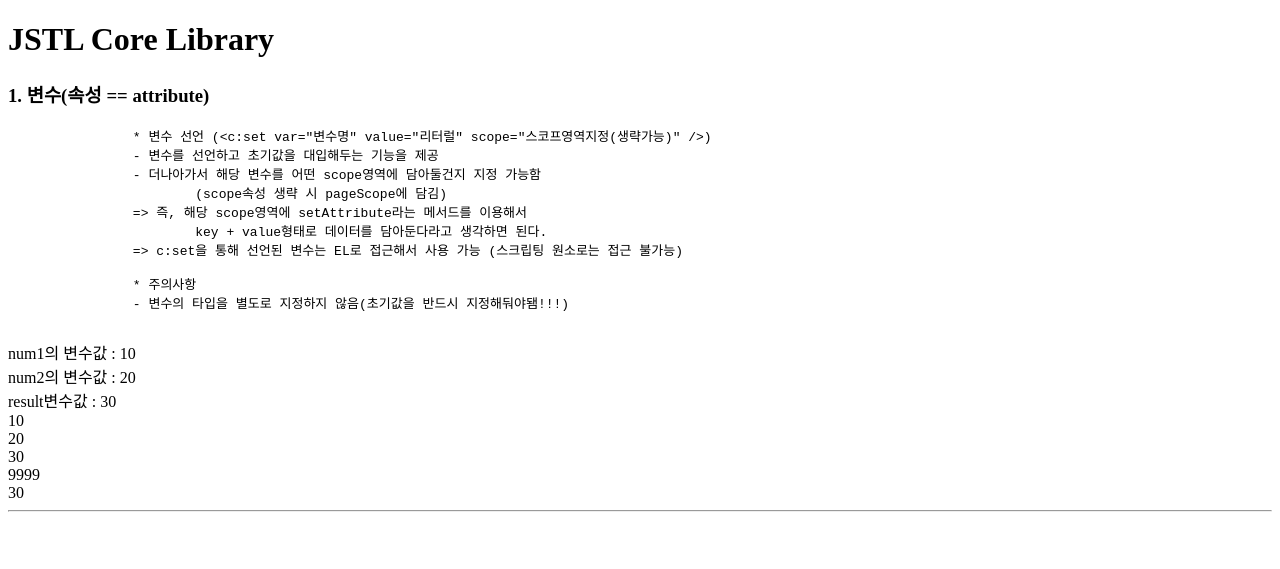
Repository: DonghwanSon1/ajax-jsp-study
Page: http://localhost/ActionProject/views/3_CustomAction/01_core.jsp
An editor plug-in stored every save of this project. The page is shown before and after the next save, followed by the edit.
The browser window is 1280 px wide. The pictures show the whole page.
The page is served by Tomcat 9. Other server files are loaded and not shown.

Above is the page before, as saved 2022-07-12 06:36:24.

### ActionProject/WebContent/views/3_CustomAction/01_core.jsp
<%@ page language="java" contentType="text/html; charset=UTF-8"
    pageEncoding="UTF-8"%>
<%@ taglib prefix="c" uri="http://java.sun.com/jsp/jstl/core" %>
<!DOCTYPE html>
<html>
<head>
<meta charset="UTF-8">
<title>정말 중요한 core 페이지</title>
</head>
<body>


	<h1>JSTL Core Library</h1>

	<h3>1. 변수(속성 == attribute)</h3>

	<pre>
		* 변수 선언 (&lt;c:set var="변수명" value="리터럴" scope="스코프영역지정(생략가능)" /&gt;)
		- 변수를 선언하고 초기값을 대입해두는 기능을 제공
		- 더나아가서 해당 변수를 어떤 scope영역에 담아둘건지 지정 가능함
			(scope속성 생략 시 pageScope에 담김)
		=> 즉, 해당 scope영역에 setAttribute라는 메서드를 이용해서
			key + value형태로 데이터를 담아둔다라고 생각하면 된다.
		=> c:set을 통해 선언된 변수는 EL로 접근해서 사용 가능 (스크립팅 원소로는 접근 불가능)

		* 주의사항
		- 변수의 타입을 별도로 지정하지 않음(초기값을 반드시 지정해둬야됌!!!)
	</pre>

	<c:set var="num1" value="10"></c:set> <!-- pageScope에 담김 pageContext.setAttribute("num1", "10"); -->
	<c:set var="num2" value="20" scope="request"></c:set> <!-- requestScope에 담김 request.setAttribute("num2", "20"); -->

	num1의 변수값 : ${ num1 } <br>
	num2의 변수값 : ${ num2 } <br>

	<c:set var="result" value="${ num1 + num2 }" scope="session"></c:set>

	result변수값 : ${ result } <br>

	<!--
		변수명만 제시하면 공유범위가 작은 곳에서부터 찾음
		: 티가 나지는 않지만 속도가 느려질수도 있다.(스코프영역.변수명 을 권장)
	 -->

	${ pageScope.num1 } <br>
	${ requestScope.num2 } <br>
	${ sessionScope.result } <br>

	<c:set var="result" scope="request"	>9999</c:set>
	<!-- value속성 말고 시작태그와 종료태그 사이에도 대입할 값을 기술 가능 -->

	${ requestScope.result } <br>
	${ sessionScope.result } <br>

	<hr>










</body>
</html>

After the next save:
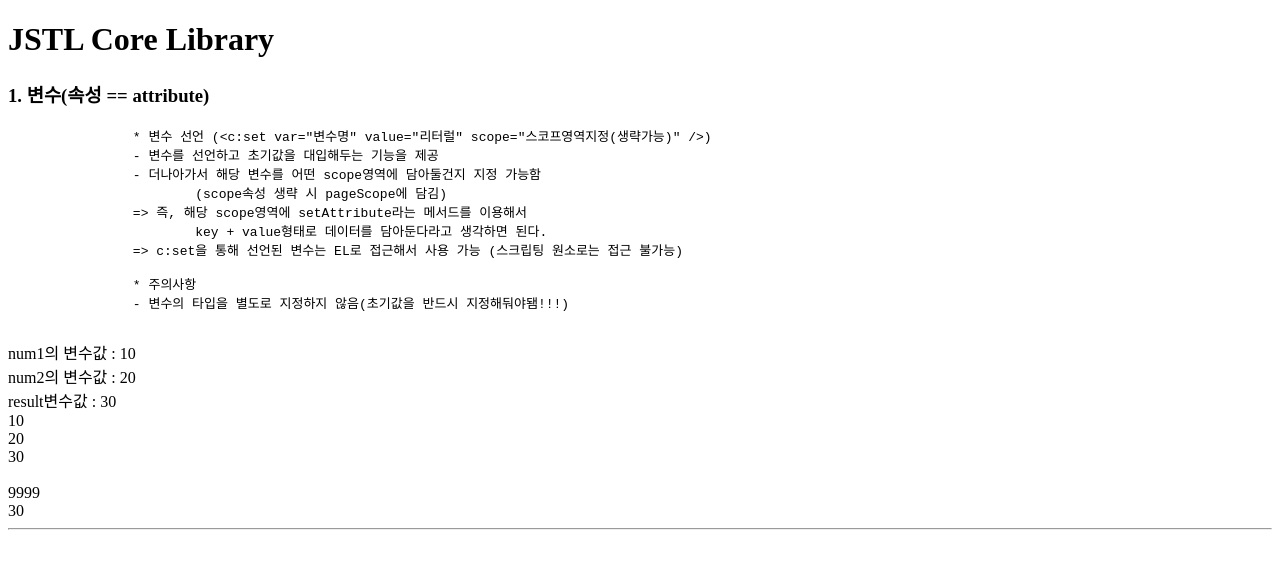
Saved 17 s later.
--- a/ActionProject/WebContent/views/3_CustomAction/01_core.jsp
+++ b/ActionProject/WebContent/views/3_CustomAction/01_core.jsp
@@ -44,7 +44,7 @@
 
 	${ pageScope.num1 } <br>
 	${ requestScope.num2 } <br>
-	${ sessionScope.result } <br>
+	${ sessionScope.result } <br><br>
 
 	<c:set var="result" scope="request"	>9999</c:set>
 	<!-- value속성 말고 시작태그와 종료태그 사이에도 대입할 값을 기술 가능 -->
